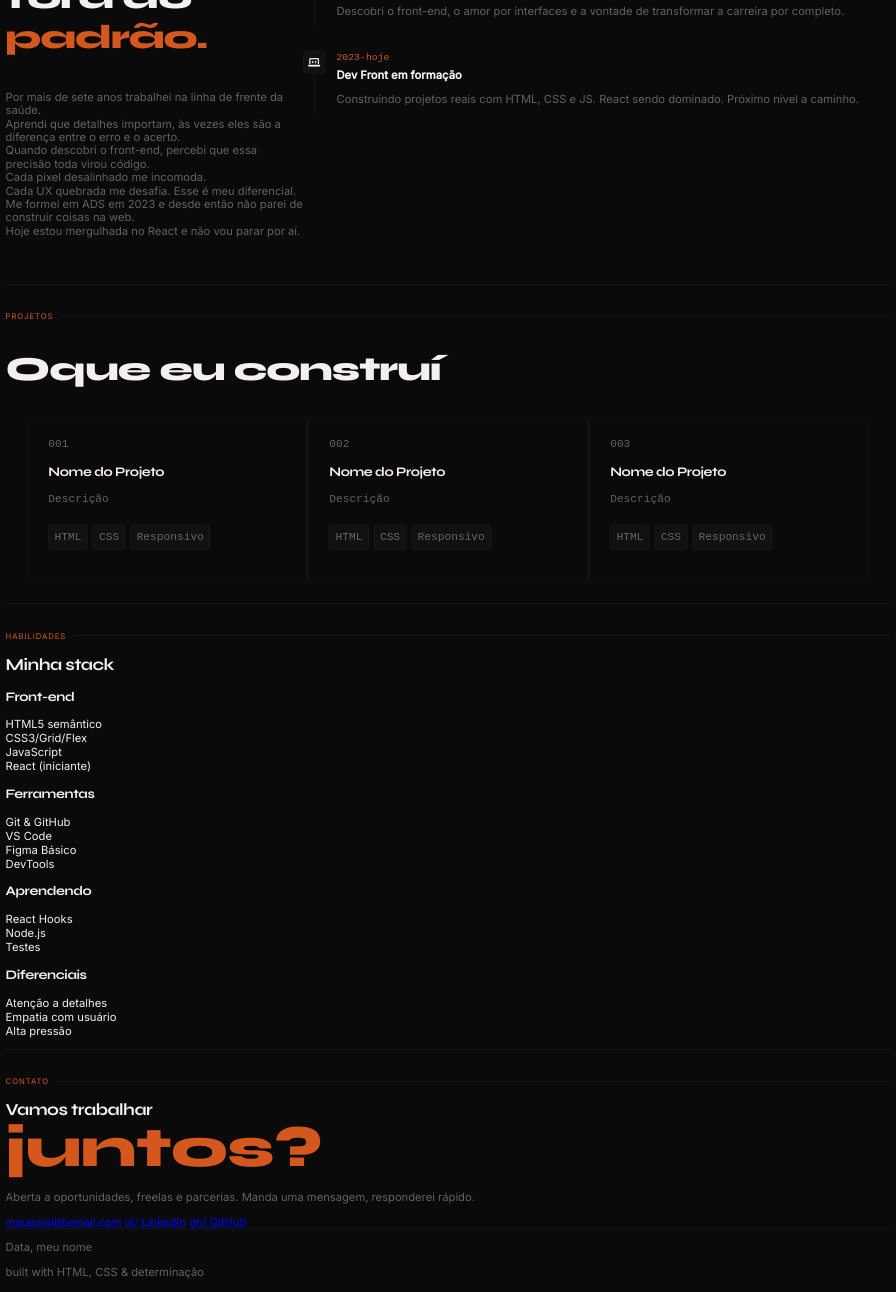
Repository: Bitroia/Portifolio
Page: index.html
These files come from the project's save history. The page is drawn as it stood at one moment and after a run of saves; the edit follows.
The browser window is 1280 px wide. The pictures show the part of the page from y = 1063 to 2983 px (the page is 2908 px tall before and 2983 px after), at 70% of full size.
Some web fonts or font styles are not loaded; a fallback is used.

Above is the page before, as saved 2026-04-30 19:00:33.

After the next 3 saves:
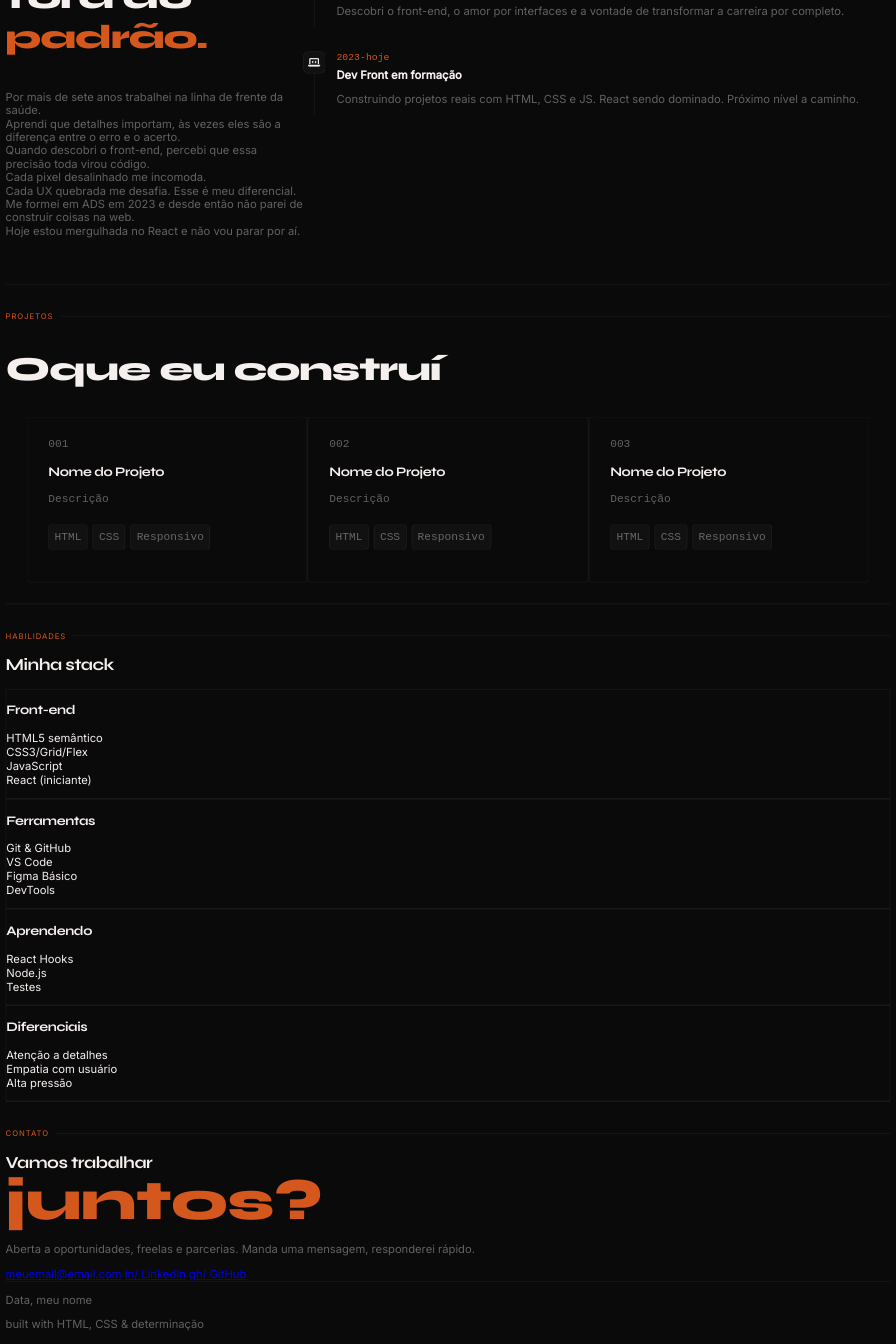
The 3 saves are shown as one change because they came seconds apart.
The last was saved 10 s later.
--- a/styles/style.css
+++ b/styles/style.css
@@ -461,7 +461,7 @@
 }
 
 .stack-card{
-  bord
+  border: 1px solid var(--border);
 }
 
 #go-to-work-section {

After the 5 saves that followed:
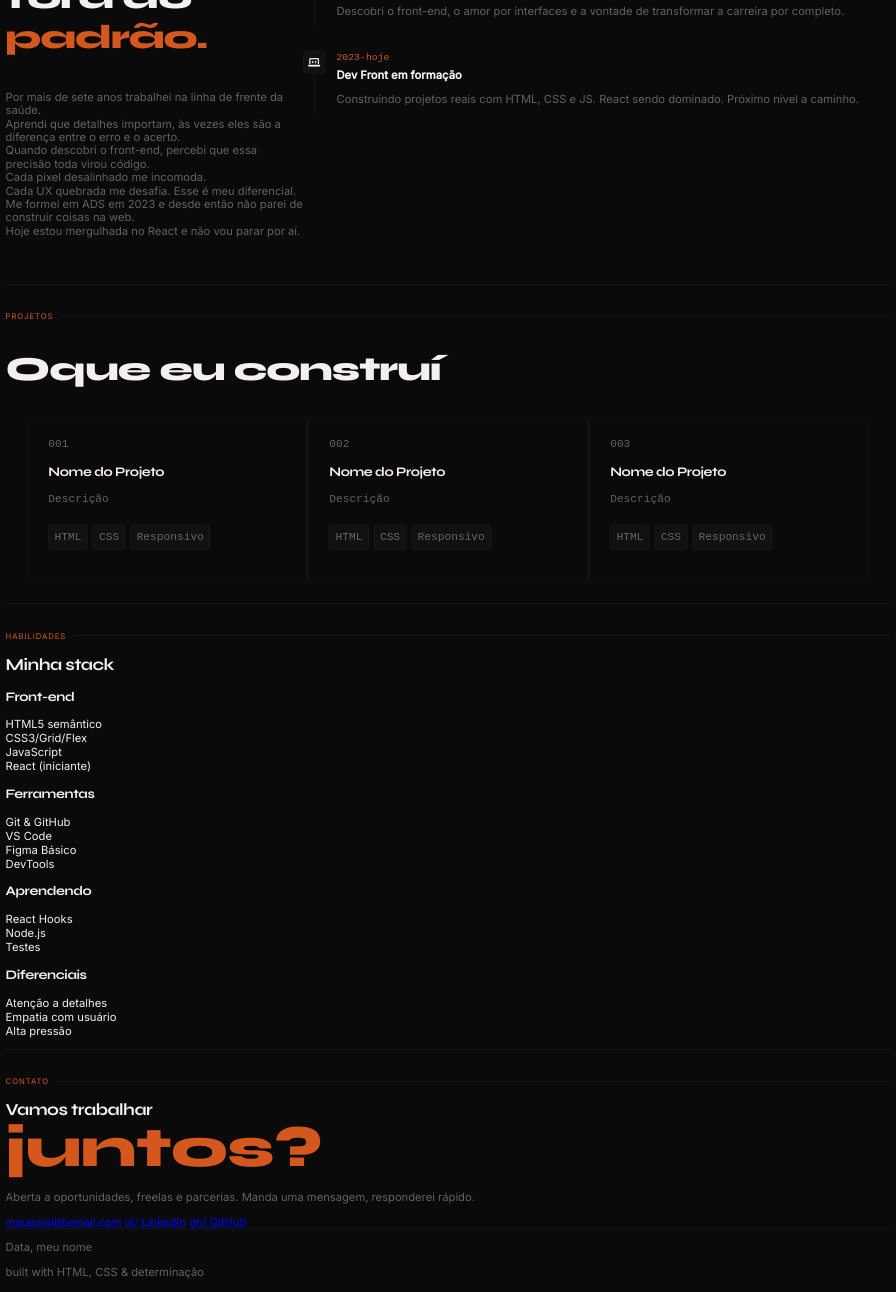
The 5 saves are shown as one change because 2 left the picture as it was and some came seconds apart.
The last was saved 59 s later.
--- a/index.html
+++ b/index.html
@@ -212,40 +212,42 @@
       <section id="skills-section">
         <span class="title">Habilidades</span>
         <h1>Minha stack</h1>
-        <article class="stack-card">
-          <h3>Front-end</h3>
-          <ul class="stack-ul">
-            <li>HTML5 semântico</li>
-            <li>CSS3/Grid/Flex</li>
-            <li>JavaScript</li>
-            <li>React (iniciante)</li>
-          </ul>
-        </article>
-        <article class="stack-card">
-          <h3>Ferramentas</h3>
-          <ul class="stack-ul">
-            <li>Git & GitHub</li>
-            <li>VS Code</li>
-            <li>Figma Básico</li>
-            <li>DevTools</li>
-          </ul>
-        </article>
-        <article class="stack-card">
-          <h3>Aprendendo</h3>
-          <ul class="stack-ul">
-            <li>React Hooks</li>
-            <li>Node.js</li>
-            <li>Testes</li>
-          </ul>
-        </article>
-        <article class="stack-card">
-          <h3>Diferenciais</h3>
-          <ul class="stack-ul">
-            <li>Atenção a detalhes</li>
-            <li>Empatia com usuário</li>
-            <li>Alta pressão</li>
-          </ul>
-        </article>
+        <div id="stacks-container">
+          <article class="stack-card">
+            <h3>Front-end</h3>
+            <ul class="stack-ul">
+              <li>HTML5 semântico</li>
+              <li>CSS3/Grid/Flex</li>
+              <li>JavaScript</li>
+              <li>React (iniciante)</li>
+            </ul>
+          </article>
+          <article class="stack-card">
+            <h3>Ferramentas</h3>
+            <ul class="stack-ul">
+              <li>Git & GitHub</li>
+              <li>VS Code</li>
+              <li>Figma Básico</li>
+              <li>DevTools</li>
+            </ul>
+          </article>
+          <article class="stack-card">
+            <h3>Aprendendo</h3>
+            <ul class="stack-ul">
+              <li>React Hooks</li>
+              <li>Node.js</li>
+              <li>Testes</li>
+            </ul>
+          </article>
+          <article class="stack-card">
+            <h3>Diferenciais</h3>
+            <ul class="stack-ul">
+              <li>Atenção a detalhes</li>
+              <li>Empatia com usuário</li>
+              <li>Alta pressão</li>
+            </ul>
+          </article>
+        </div>
       </section>
       <section id="go-to-work-section">
         <span class="title">Contato</span>
--- a/styles/style.css
+++ b/styles/style.css
@@ -460,6 +460,8 @@
   border-bottom: 1px solid var(--border);
 }
 
+#
+
 .stack-card{
   border: 1px solid var(--border);
 }
